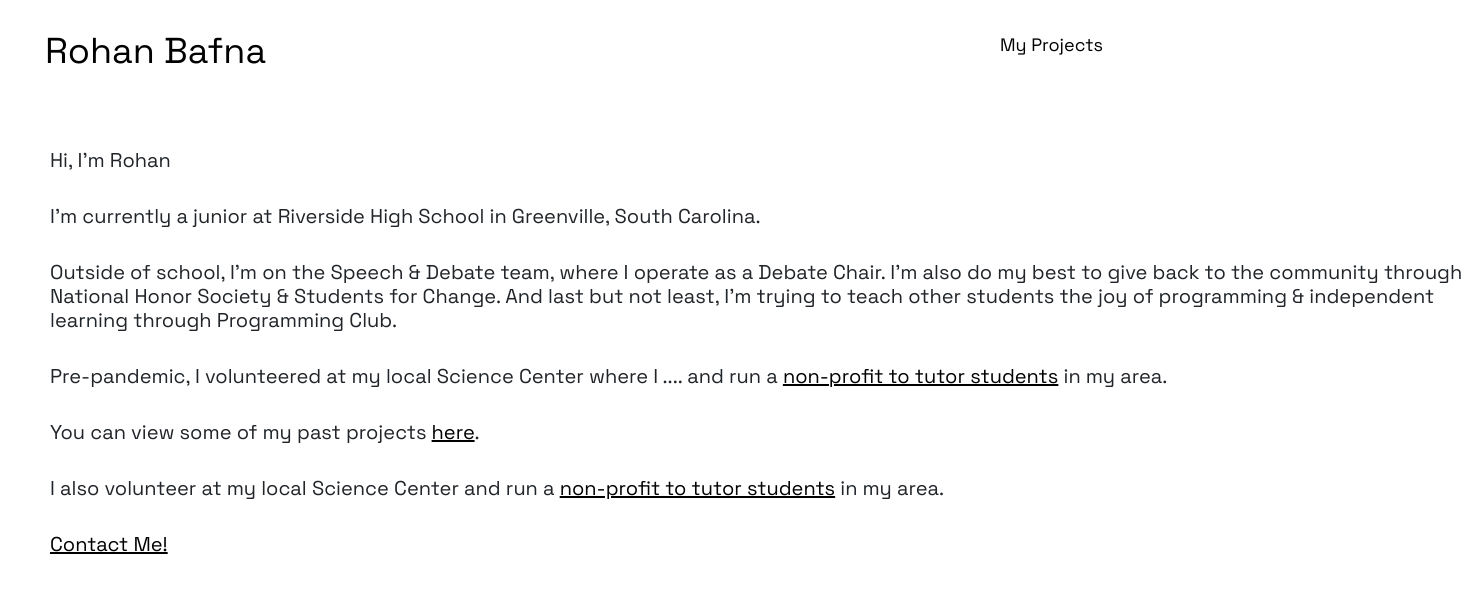
Repository: rbafna6507/rbafna6507.github.io
Page: index.html
The author's editor kept a copy of each file at every save. The page is drawn from the files as they stood at one save, then again after the next save.
The browser window is 1280 px wide. The page is 1470 px wide, then 1450 px, so the pictures cover 1470 px, including what lies to the right of the window. The pictures show the whole page.

Above is the page before, as saved 2020-12-20 22:18:51.

After the next save:
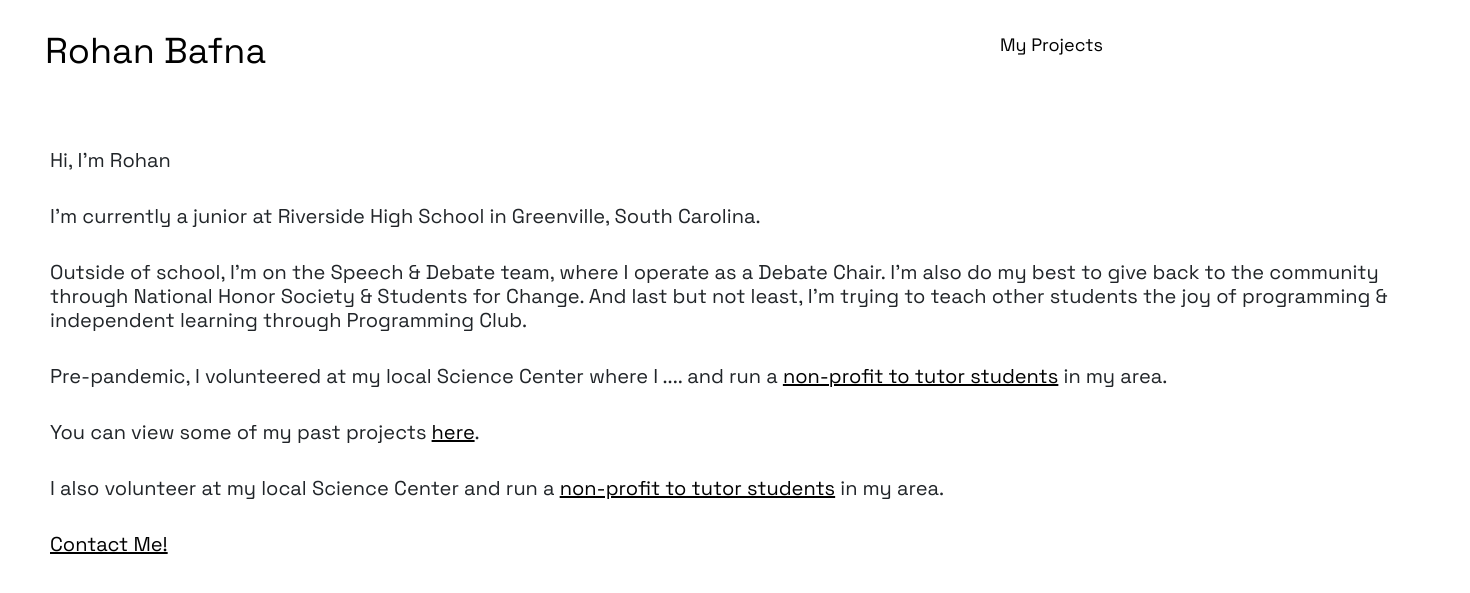
Saved 55 s later.
--- a/about.css
+++ b/about.css
@@ -93,6 +93,7 @@ a:active {
     position: relative;
     left: 50px;
     margin-bottom: -30px;
+    width: 1400px;
     font-family: 'Space Grotesk', sans-serif;
 }
 
